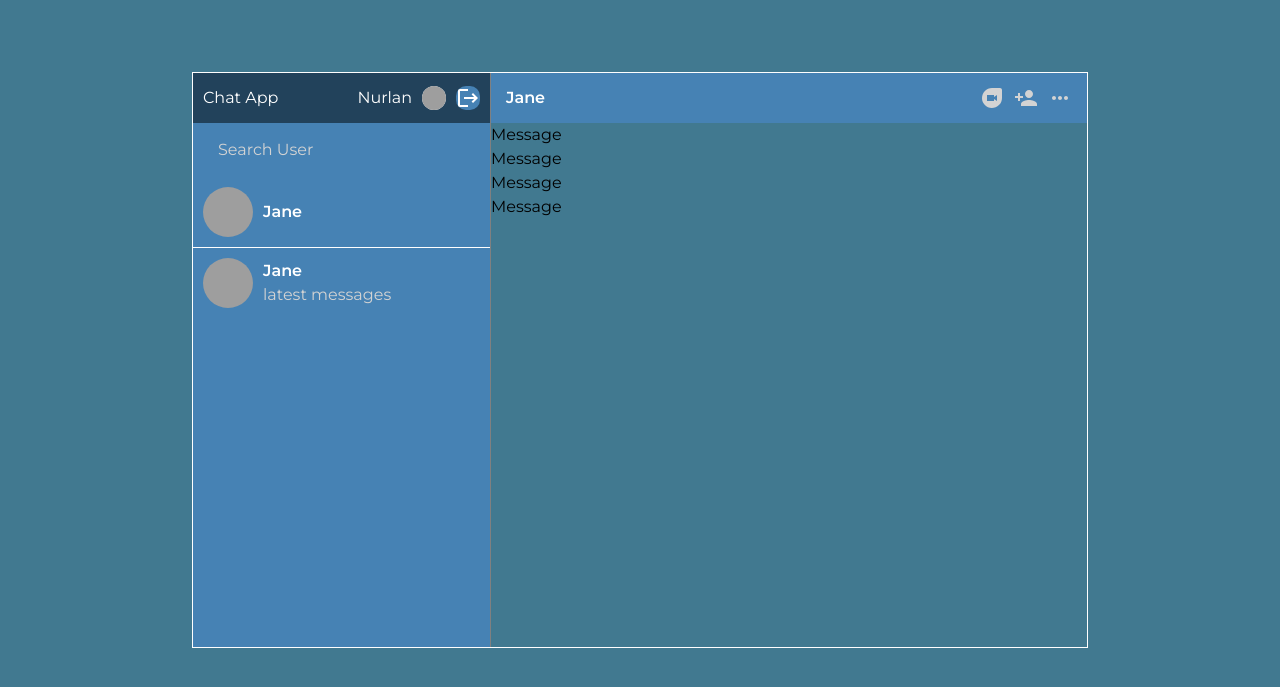
Repository: Nurlan-Bakenbaev/chat-app
Page: /
An editor plug-in stored every save of this project. The page is shown before and after a run of saves, followed by the edit.
The browser window is 1280 px wide. The pictures show the whole page.
Pictures or frames that could not be fetched are drawn as grey boxes. The project was rebuilt for these pictures with package versions that can differ from the ones it lists, and the page was loaded fresh each time. Also part of the build but not shown: vite.config.js. Imported but missing from the stored project, and not drawn on this page: src/pages/Login.

Above is the page before, as saved 2023-08-19 18:14:14.

After the next 3 saves:
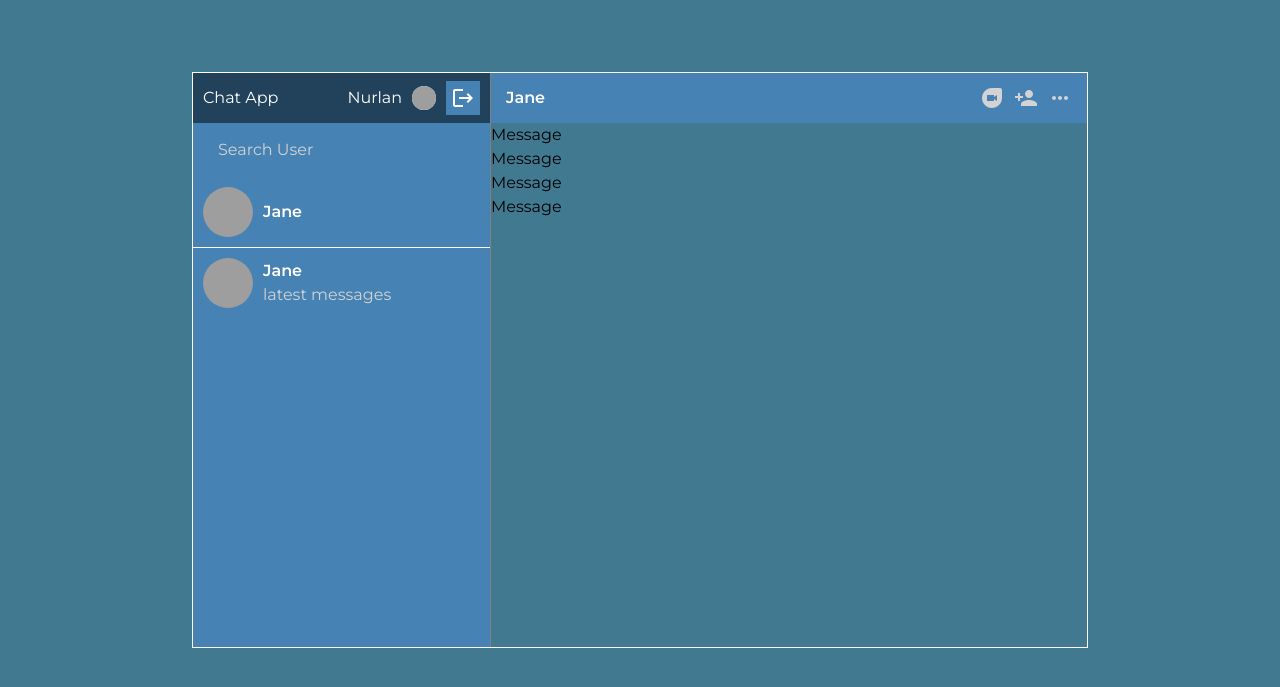
The 3 saves are shown as one change because they came seconds apart.
The last was saved 14 s later.
--- a/src/style.scss
+++ b/src/style.scss
@@ -112,7 +112,7 @@
           font-size: 8px;
           border: none;
           cursor: pointer;
-          border-radius: 10px;
+          padding: 5px;
           transition: scale 0.3s;
           &:hover{
             transform: scale(1.1);
